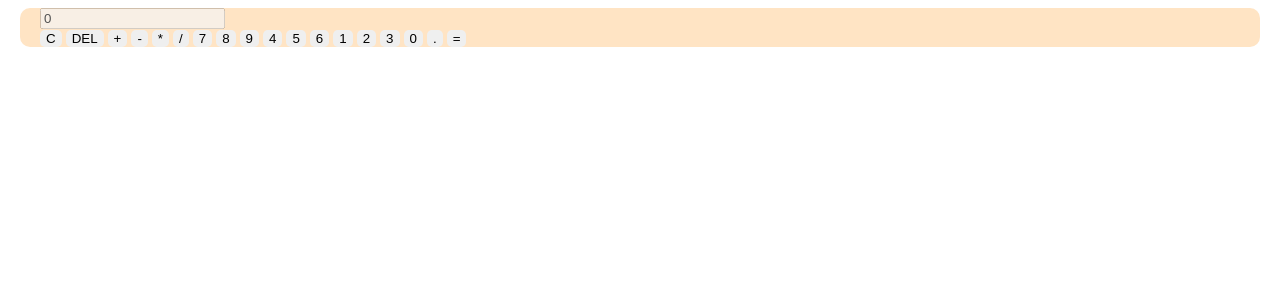
Repository: jaskeat/Calculator
Page: index.html
These files come from the project's save history. The page is drawn as it stood at one moment and after the next save; the edit follows.
The browser window is 1280 px wide. The pictures show the whole page.

Above is the page before, as saved 2024-09-05 09:05:52.

### index.html
<!DOCTYPE html>
<html lang="en">
	<head>
		<meta charset="UTF-8" />
		<meta name="viewport" content="width=device-width, initial-scale=1.0" />
		<title>Calculator</title>
		<link rel="stylesheet" href="style.css" />
	</head>
	<body>
		<div class="calculator">
			<div class="display">
				<input type="text" class="display-input" value="0" disabled />
			</div>
			<div class="buttons">
				<button class="btn" onclick="clearDisplay()">C</button>
				<button class="btn" onclick="deleteLast()">DEL</button>
				<button class="btn" onclick="append('+')">+</button>
				<button class="btn" onclick="append('-')">-</button>
				<button class="btn" onclick="append('*')">*</button>
				<button class="btn" onclick="append('/')">/</button>
				<button class="btn" onclick="append('7')">7</button>
				<button class="btn" onclick="append('8')">8</button>
				<button class="btn" onclick="append('9')">9</button>
				<button class="btn" onclick="append('4')">4</button>
				<button class="btn" onclick="append('5')">5</button>
				<button class="btn" onclick="append('6')">6</button>
				<button class="btn" onclick="append('1')">1</button>
				<button class="btn" onclick="append('2')">2</button>
				<button class="btn" onclick="append('3')">3</button>
				<button class="btn" onclick="append('0')">0</button>
				<button class="btn" onclick="append('.')">.</button>
				<button class="btn" onclick="calculate()">=</button>
			</div>
		</div>
		<script src="script.js"></script>
	</body>
</html>

### style.css
body {
	display: flex;
	justify-content: center;
	align-items: center;
}

.calculator {
	width: 100%;
	max-width: 1200px;
	margin: 0 auto;
	padding: 0 20px;
	background-color: bisque;
	border-radius: 10px;
}

.btn {
	border-radius: 5px;
	border: none;
}

Loaded but not shown: script.js (no copy from this time; the picture is the same without it)

After the next save:
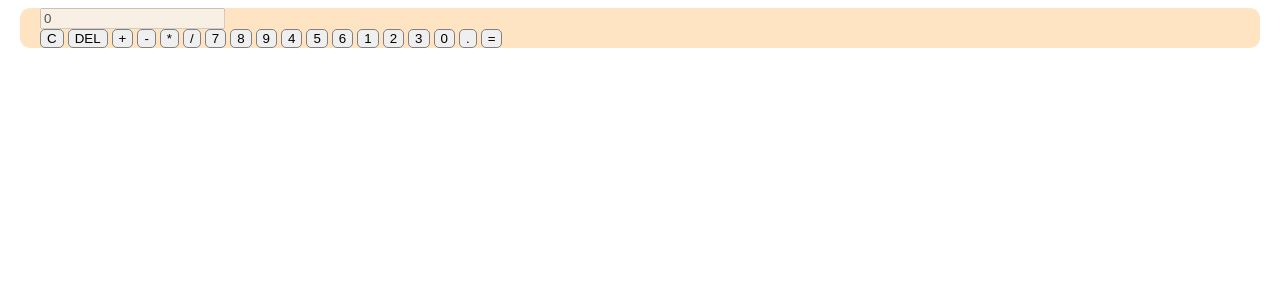
Saved 8 s later.
--- a/style.css
+++ b/style.css
@@ -15,5 +15,5 @@ body {
 
 .btn {
 	border-radius: 5px;
-	border: none;
+	border: 1px grey solid;
 }
